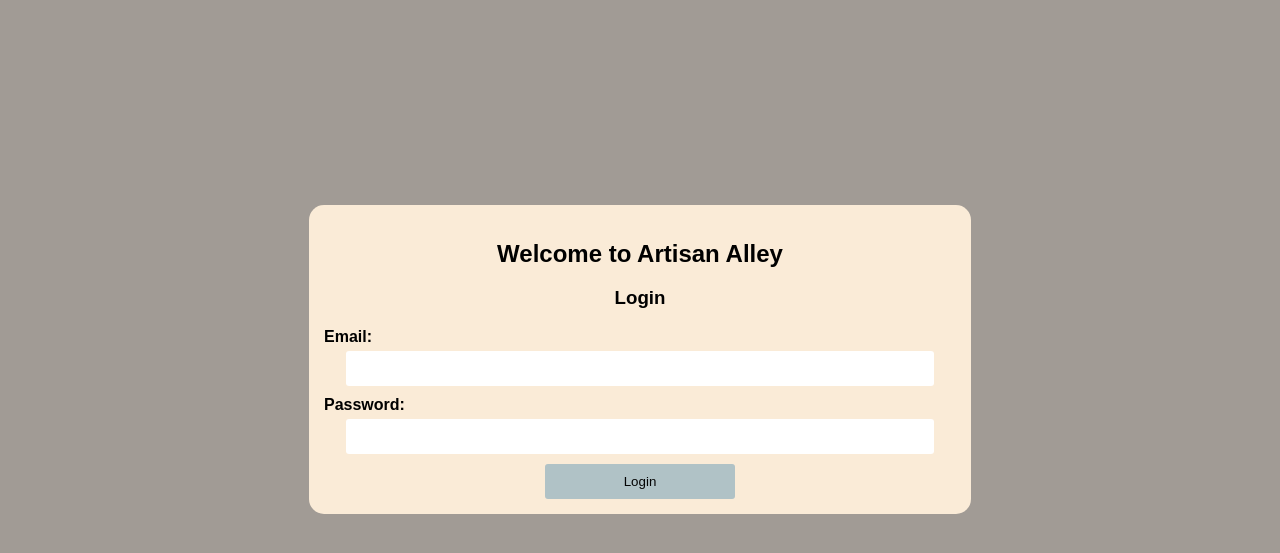
Repository: RingkhangBTY/Bytehacks_Hackathon_Project
Page: login/login.html
These files come from the project's save history. The page is drawn as it stood at one moment and after the next save; the edit follows.
The browser window is 1280 px wide. The pictures show the whole page.

Above is the page before, as saved 2024-11-27 10:14:26.

After the next save:
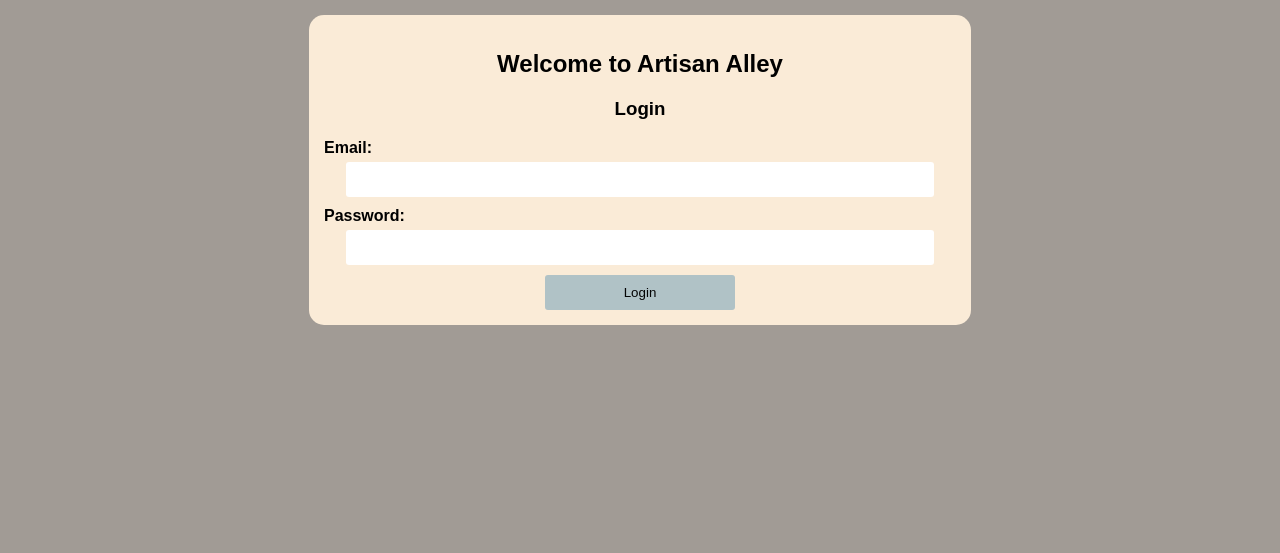
Saved 19 s later.
--- a/login/login-style.css
+++ b/login/login-style.css
@@ -13,7 +13,7 @@ body{
     padding: 15px;
     width: 50%;
     text-align: center;
-    margin-top: 15%
+
 }
 login-container h2{
     font-size: 1.4rem;
